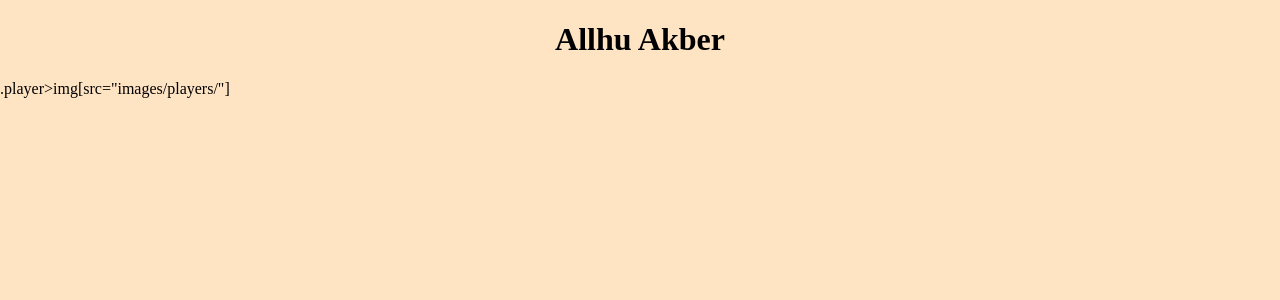
Repository: zjria/leader-board
Page: index.html
The author's editor kept a copy of each file at every save. The page is drawn from the files as they stood at one save, then again after the next save.
The browser window is 1280 px wide. The pictures show the whole page.

Above is the page before, as saved 2022-09-03 08:00:36.

After the next save:
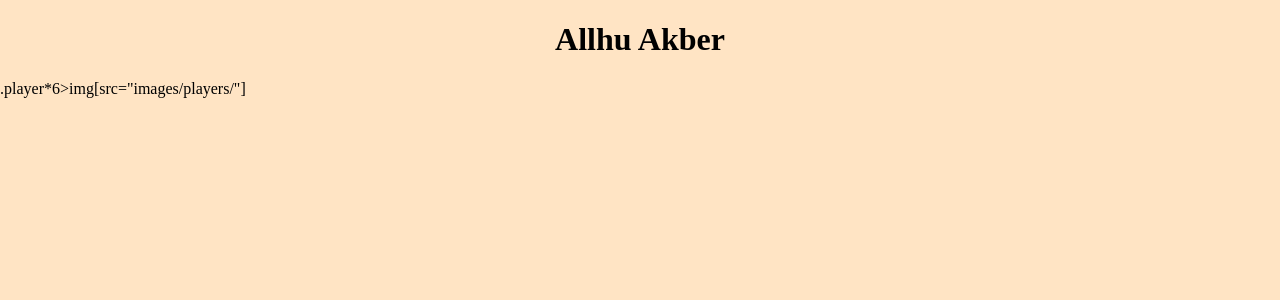
Saved 64 s later.
--- a/index.html
+++ b/index.html
@@ -21,7 +21,7 @@
         <section>
             <div class="top-players">
                 <div class="players">
-                    .player>img[src="images/players/"]
+                    .player*6>img[src="images/players/"]
                 </div>
             </div>
         </section>
